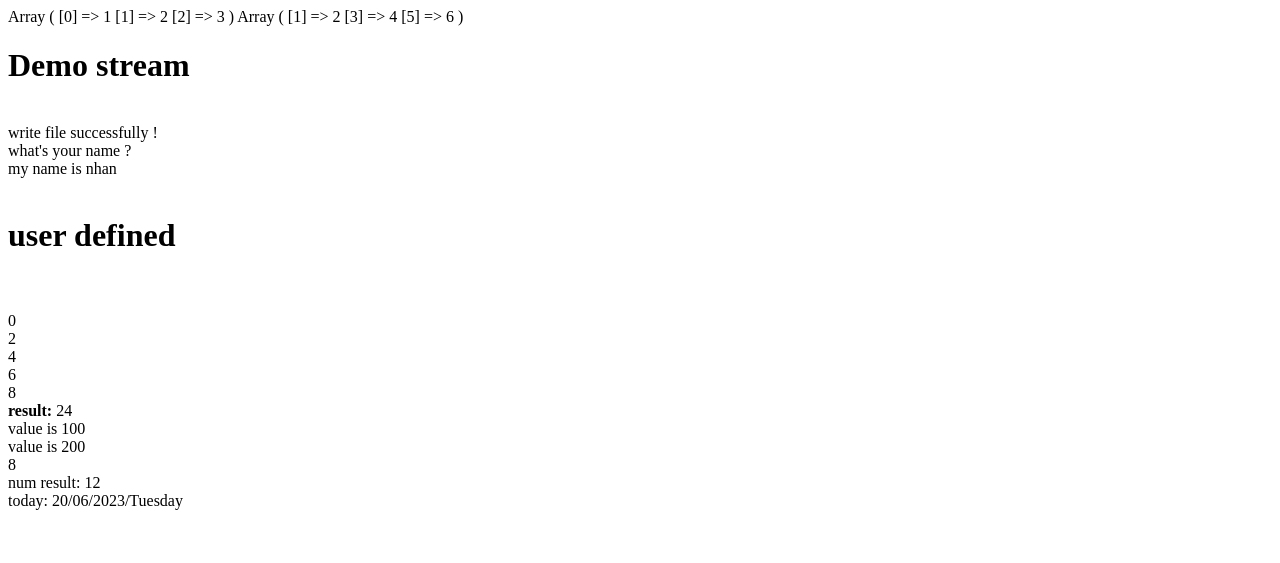
Repository: HoangLinh2001/PHP
Page: http://localhost/demoFunction.php
The author's editor kept a copy of each file at every save. The page is drawn from the files as they stood at one save, then again after the next save.
The browser window is 1280 px wide. The pictures show the whole page.
The page is run by PHP 8.4 with error messages shown; the project is at /var/www/html/.

Above is the page before, as saved 2023-06-20 19:27:50.

After the next save:
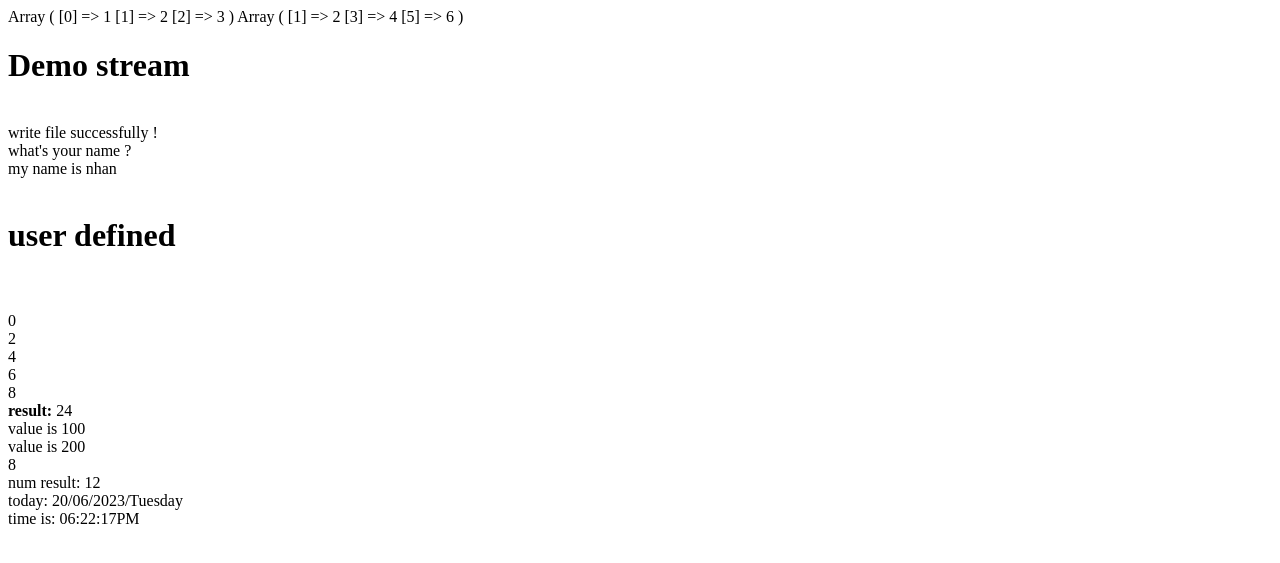
Saved 66 s later.
--- a/DEMOPHPBUOI2/demoFunction.php
+++ b/DEMOPHPBUOI2/demoFunction.php
@@ -88,4 +88,7 @@ echo "</br> num result: " . $num_result;
 $today = date("d/m/Y/l");
 echo "</br> today: " . $today;
 
+//time() funtion
+$time = date("h:i:sA");
+echo "</br> time is: " . $time;
 ?>
